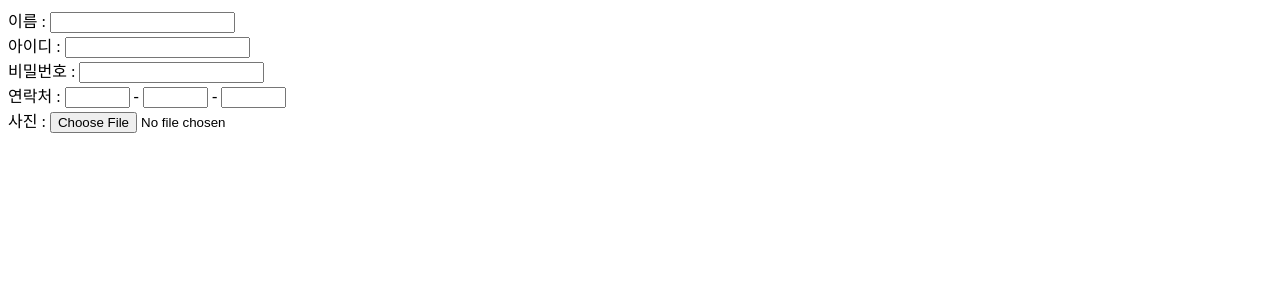
Repository: tjdwlsaos22/TJ_JSP
Page: jsp/HTML/src/main/webapp/Lec06.html
An editor plug-in stored every save of this project. The page is shown before and after the next save, followed by the edit.
The browser window is 1280 px wide. The pictures show the whole page.

Above is the page before, as saved 2024-01-17 04:51:27.

After the next save:
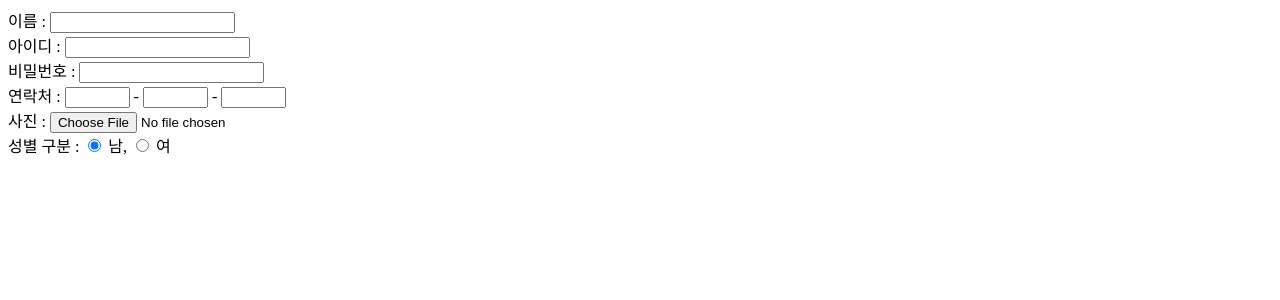
Saved 3 min 4 s later.
--- a/jsp/HTML/src/main/webapp/Lec06.html
+++ b/jsp/HTML/src/main/webapp/Lec06.html
@@ -14,6 +14,9 @@
 				<input type="text" name="phone2" size="5"> -
 				<input type="text" name="phone3" size="5"> <br>
 			사진 : <input type="file" name="picture"><br>
+			성별 구분 :
+				<input type="radio" name="gender" value="man" checked="cheked"> 남,
+				<input type="radio" name="gender" value="woman"> 여 <br>
 		</form>
 	</body>
 </html>
